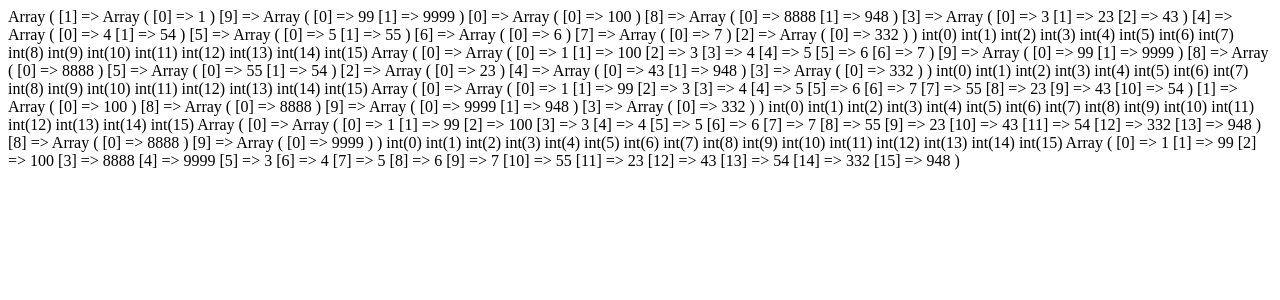
Repository: wangying713/algo
Page: http://localhost/13_sorts/RadixSort.php
These files come from the project's save history. The page is drawn as it stood at one moment and after the next save; the edit follows.
The browser window is 1280 px wide. The pictures show the whole page.
The page is run by PHP 8.4 with error messages shown; the project is at /var/www/html/.

Above is the page before, as saved 2020-02-21 17:35:13.

### 13_sorts/RadixSort.php
<?php
/**
 * 基数排序
 *
 * @return void
 */

class RadixSort
{
    public static function sort(&$arr)
    {
        $max = max($arr);
        $maxCount = strlen($max);
        for ($i = 0; $i < $maxCount; $i++) {
            static::countingSort($arr, $i);
        }
    }

    protected static function countingSort($arr, $loop)
    {
        $count = count($arr);
        $divisor = pow(10, $loop);

        $buckets = [];
        for ($i = 0; $i < $count; $i++) {
            // 对应位数取余，放到指定的桶中
            $index = ($arr[$i] / $divisor) % 10;
            $buckets[$index][] = $arr[$i];
        }

        print_r($buckets);
        $k = 0;
        for ($i = 0; $i < $count; $i++) {
            var_dump($i);
            while (isset($buckets[$i]) && count($buckets[$i]) > 0) {
                $arr[$k] = array_shift($buckets[$i]);
                $k++;
            }
        }

    }
}

$nums = [1, 99, 100, 8888, 9999, 3, 4, 5, 6, 7, 55, 23, 43, 54, 332, 948];
$rs = RadixSort::sort($nums);

print_r($nums);

After the next save:
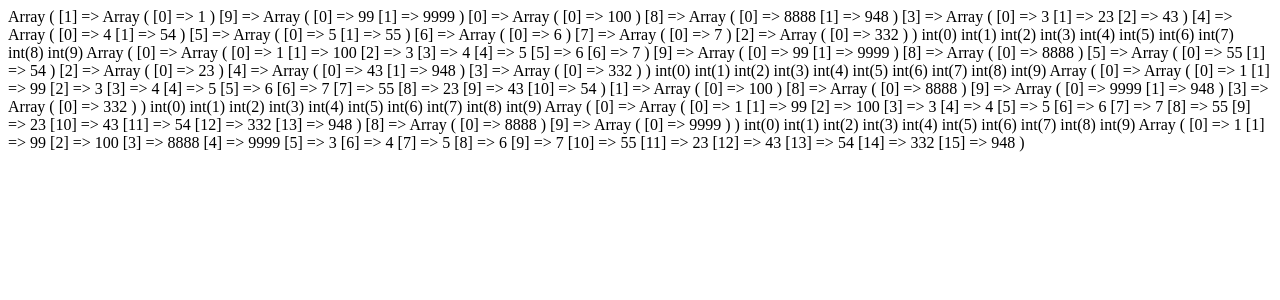
Saved 31 s later.
--- a/13_sorts/RadixSort.php
+++ b/13_sorts/RadixSort.php
@@ -30,7 +30,7 @@ class RadixSort
 
         print_r($buckets);
         $k = 0;
-        for ($i = 0; $i < $count; $i++) {
+        for ($i = 0; $i < 10; $i++) {
             var_dump($i);
             while (isset($buckets[$i]) && count($buckets[$i]) > 0) {
                 $arr[$k] = array_shift($buckets[$i]);
